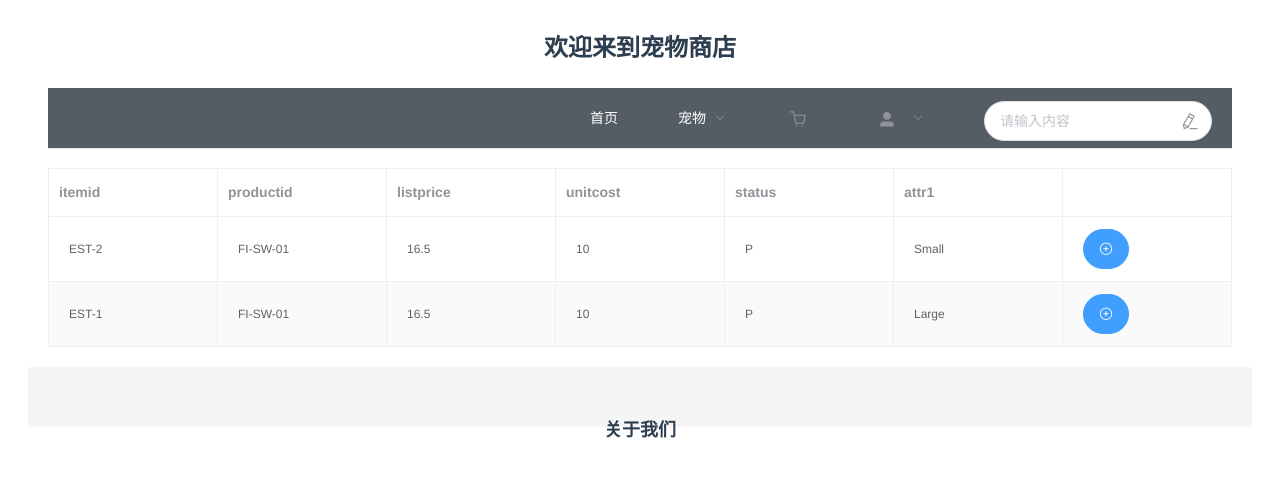
Repository: BreezeDoudou/hellovue
Page: /itemForm
The author's editor kept a copy of each file at every save. The page is drawn from the files as they stood at one save, then again after the next save.
The browser window is 1280 px wide. The pictures show the whole page.
The page's requests for data from a server got no answer. An inner scrolling area shows only its first screen. The project was rebuilt for these pictures with package versions that can differ from the ones it lists, and the page was loaded fresh each time. No one was signed in, and anything a server would have sent is missing. Also part of the build but not shown: src/components/HelloWorld.vue, src/components/account/selfaccount.vue, src/components/account/editForm.vue, src/components/appcomonents/main.vue, src/components/appcomonents/productForm.vue, src/components/account/test1.vue, src/components/appcomonents/cart.vue, src/components/appcomonents/order.vue. Imported but missing from the stored project, and not drawn on this page: src/components/appcomonents/menu.vue.

Above is the page before, as saved 2023-05-18 23:18:04.

After the next save:
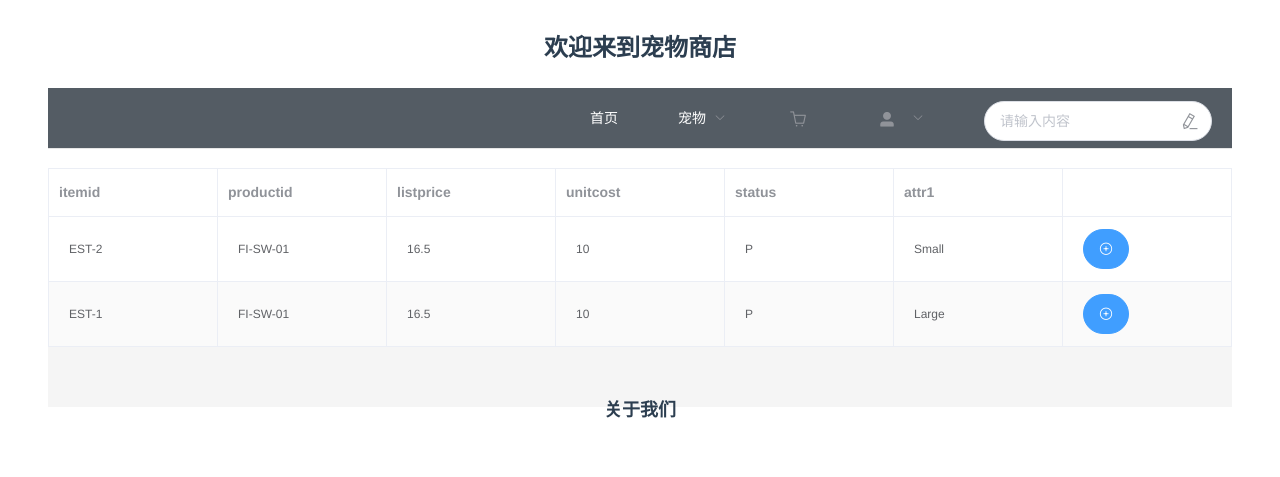
Saved 55 s later.
--- a/src/views/index.vue
+++ b/src/views/index.vue
@@ -34,9 +34,8 @@
 
       <router-view :key="key">
       </router-view>
-    </el-main>
-    <!-- 底部组件 -->
-    <el-footer class="footer">
+
+      <el-footer class="footer">
     <div class="about-us">
       <h3>关于我们</h3>
       <p>我们是一家致力于提供宠物销售、医疗、配种和培训等服务的专业团队。</p>
@@ -57,6 +56,10 @@
       </div>
     </div>
   </el-footer>
+
+    </el-main>
+    <!-- 底部组件 -->
+
   </el-container>
 
 
